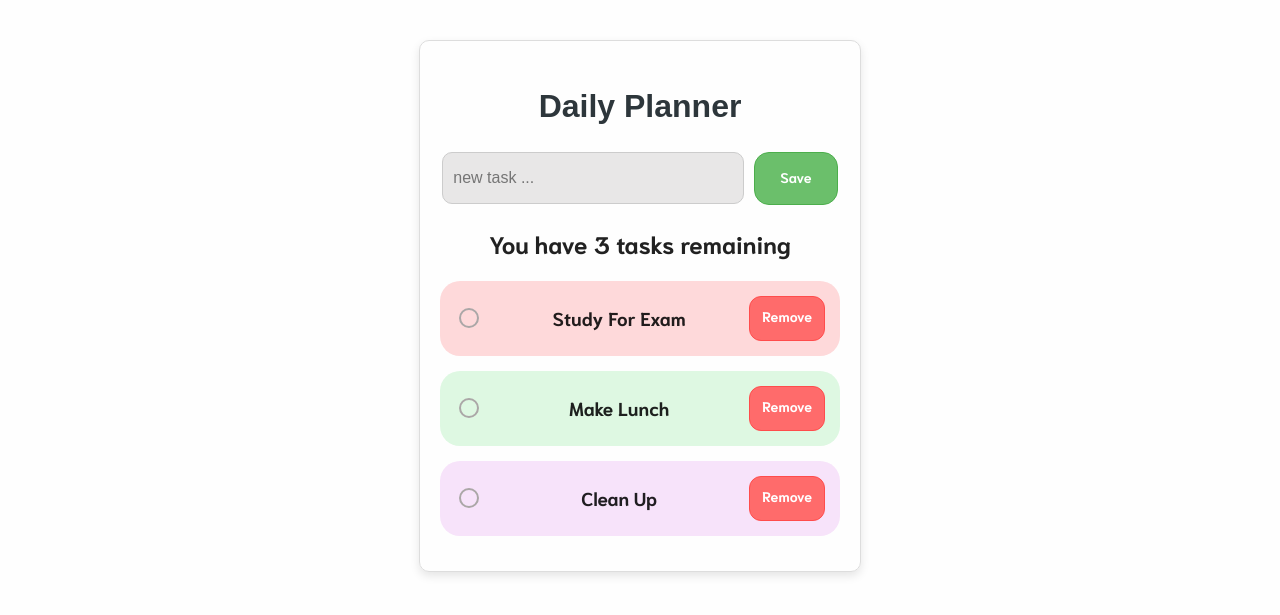
Repository: Zalida-Khan/Frontend-Lab4
Page: /
An editor plug-in stored every save of this project. The page is shown before and after a run of saves, followed by the edit.
The browser window is 1280 px wide. The pictures show the whole page.
Some web fonts or font styles are not loaded; a fallback is used. The project was rebuilt for these pictures with package versions that can differ from the ones it lists, and the page was loaded fresh each time. Also part of the build but not shown: vite.config.js.

Above is the page before, as saved 2024-10-22 21:40:28.

After the next 3 saves:
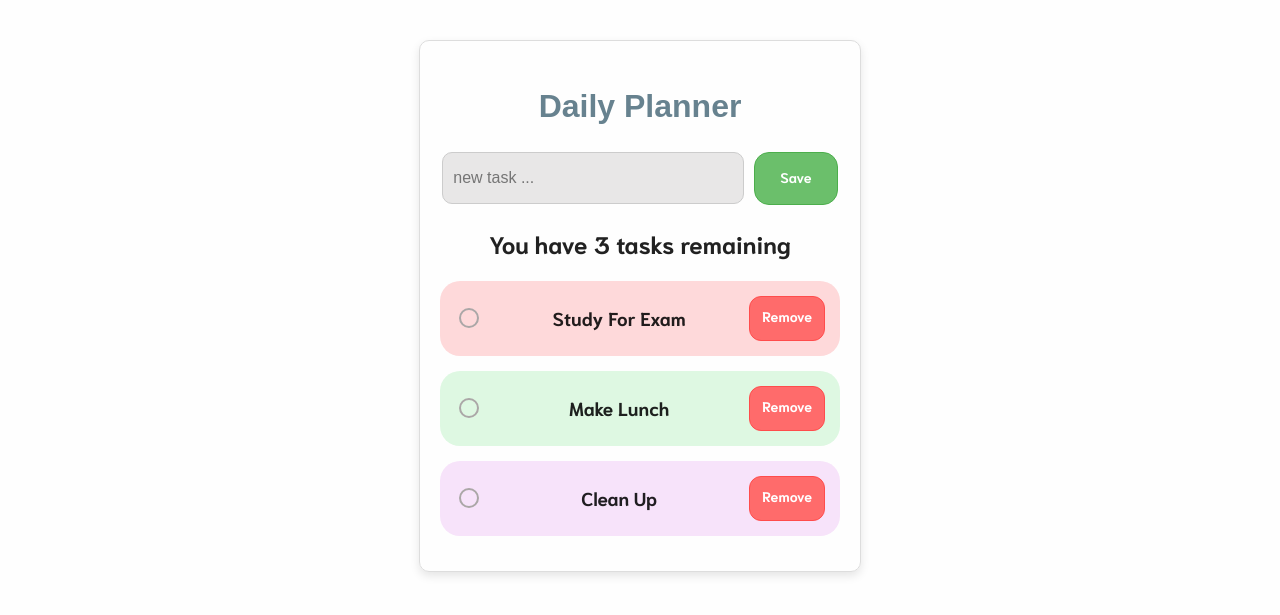
The 3 saves are shown as one change because they came seconds apart.
The last was saved 9 s later.
--- a/src/App.css
+++ b/src/App.css
@@ -33,7 +33,7 @@
 h1 {
   font-family: "Ruska", sans-serif;
   font-weight: 50px;
-  color: #2d363b;
+  color: #67828f;
 }
 
 .task-list {
